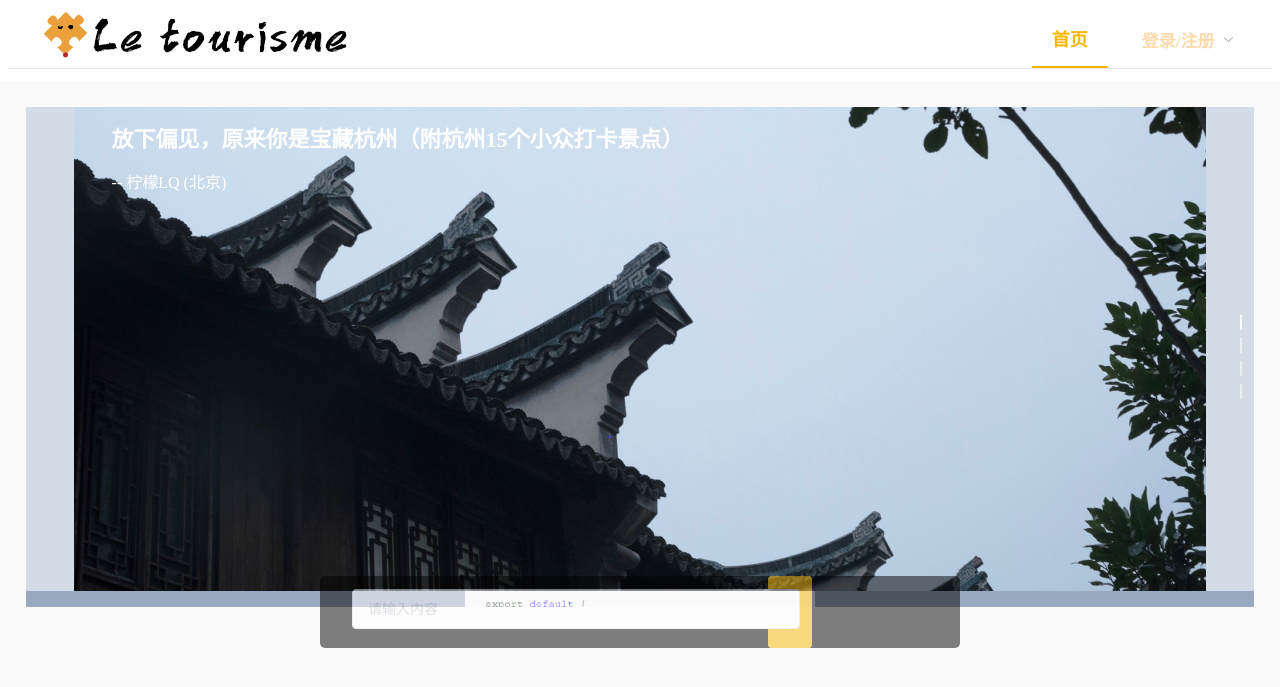
Repository: linxuerou0129/2020.08.31
Page: /
The author's editor kept a copy of each file at every save. The page is drawn from the files as they stood at one save, then again after the next save.
The browser window is 1280 px wide. The pictures show the whole page.
The page's requests for data from a server got no answer. The project was rebuilt for these pictures with package versions that can differ from the ones it lists, and the page was loaded fresh each time. No one was signed in, and anything a server would have sent is missing.

Above is the page before, as saved 2020-09-01 01:19:33.

### src/main.js

import ElementUI from 'element-ui' //新添加
import '../theme/index.css' //新添加，避免后期打包样式不同，要放在import App from './App';之前

import Vue from 'vue'
import App from './App.vue'
import router from './router'

Vue.use(ElementUI)   //新添加

import axios from 'axios'
axios.defaults.withCredentials = true;

Vue.config.productionTip = false

new Vue({
  router,
  render: h => h(App)
}).$mount('#app')

import VDistpicker from 'v-distpicker'
Vue.component('v-distpicker', VDistpicker);

### src/App.vue
<template>
<div id="app">
<el-menu :default-active="$route.path" class="el-menu-demo" mode="horizontal" @select="handleSelect" text-color="#FCDAA9" active-text-color="#f8b600" router>
  <img src="./assets/logo.png" width="55" class="logo">
  <img src="./assets/tittle.png" width="270">
  <el-menu-item index="/" class="head1"><strong>首页</strong></el-menu-item>
  <el-submenu class="head3" v-if="login" index="/Edit">
    <template slot="title">
      <el-avatar :src="circleUrl"></el-avatar>
    </template>
    <el-menu-item index="/Edit">
      我的设置
    </el-menu-item>
    <el-menu-item index="/Publish">
      发布游记
    </el-menu-item>
    <el-menu-item index="/Published">
      个人中心
    </el-menu-item>
    <el-menu-item index="/MyCollect">
      我的收藏
    </el-menu-item>
    <el-menu-item index="/Message">
      消息中心
    </el-menu-item>
    <el-menu-item  @click="logout">
      退出
    </el-menu-item>
  </el-submenu>
  <el-submenu v-if="!login"  class="head4" index=1>
    <template slot="title">
      <strong>登录/注册</strong>
    </template>
    <el-menu-item @click="dialogFormVisible = true">
      注册
    </el-menu-item>
    <el-menu-item @click="loginFormShow = true">
      登录
    </el-menu-item>
  </el-submenu>
</el-menu>
<router-view></router-view>
<el-dialog title="注册" :visible.sync="dialogFormVisible">
  <el-form :model="formZhuce"  ref="formZhuce" status-icon :rules="rules">
    <el-form-item
      prop="email"
      label="邮箱"
      :rules="[
        { required: true, message: '请输入邮箱地址', trigger: 'blur' },
        { type: 'email', message: '请输入正确的邮箱地址', trigger: ['blur', 'change'] }
      ]"
    >
      <el-input v-model="formZhuce.email"></el-input>
      <el-button size="mini" @click="submitEmail" round>获取验证码</el-button>
    </el-form-item>
    <el-form-item label="验证码" prop="check">
      <el-input v-model="formZhuce.check"></el-input>
    </el-form-item>
    <el-form-item label="用户昵称" prop="name">
      <el-input v-model="formZhuce.name"></el-input>
    </el-form-item>
    <el-form-item label="密码" prop="pass">
      <el-input type="password" v-model="formZhuce.pass" autocomplete="off"></el-input>
    </el-form-item>
    <el-form-item label="确认密码" prop="checkPass">
      <el-input type="password" v-model="formZhuce.checkPass" autocomplete="off"></el-input>
    </el-form-item>
    <el-form-item>
      <el-button type="primary" @click="submitForm('formZhuce')">注册</el-button>
      <el-button @click="dialogFormVisible = false">取消</el-button>
    </el-form-item>
  </el-form>
</el-dialog>
<el-dialog title="登录" :visible.sync="loginFormShow">
  <el-form :model="formLogin"  ref="formLogin" status-icon :rules="rules">
    <el-form-item
      prop="email"
      label="邮箱"
      :rules="[
        { required: true, message: '请输入邮箱地址', trigger: 'blur' },
        { type: 'email', message: '请输入正确的邮箱地址', trigger: ['blur', 'change'] }
      ]"
    >
      <el-input v-model="formLogin.email"></el-input>
    </el-form-item>
    <el-form-item label="密码" prop="pass">
      <el-input type="password" v-model="formLogin.pass" autocomplete="off"></el-input>
    </el-form-item>
    <el-form-item>
      <a href="/Forget">忘记密码</a>
    </el-form-item>
    <el-form-item>
      <el-button type="primary" @click="loginIt('formLogin')">登录</el-button>
      <el-button @click="loginFormShow= false">取消</el-button>
    </el-form-item>
  </el-form>
</el-dialog>
</div>
</template>
<style>
    .el-menu--horizontal>.el-submenu .el-submenu__title {
        font-size: 17px;
    }
</style>
<style scoped>
.avatar-uploader {
    border: 1px dashed black;
    border-radius: 6px;
    cursor: pointer;
    position: relative;
    overflow: hidden;
    width: 178px;
    height: 178px;
  }
  .avatar-uploader-icon {
    font-size: 28px;
    color: #8c939d;
    width: 178px;
    height: 178px;
    line-height: 178px;
    text-align: center;
  }
  .avatar {
    width: 178px;
    height: 178px;
    display: block;
  }
.logo{
  position: fixed;
  top: 1%;
  left: 3%;
}
.head1{
  position: relative;
  left: 81%;
  font-size: 18px;
}
.head3{
  position: fixed;
  right:4.5%;
  top: 1.3%;
  font-size: 18px;
}
.head4{
  position: fixed;
  right: 2%;
  top: 1.5%;
  font-size: 18px!important;
}
</style>

<script>
import { Message } from 'element-ui';
import axios from 'axios'
export default {
    data() {
       var validatePass = (rule, value, callback) => {
        if (value === '') {
          callback(new Error('请输入密码'));
        } else {
          if (this.formZhuce.checkPass !== '') {
            this.$refs.formZhuce.validateField('checkPass');
          }
          callback();
        }
      };
      var validatePass2 = (rule, value, callback) => {
        if (value === '') {
          callback(new Error('请再次输入密码'));
        } else if (value !== this.formZhuce.pass) {
          callback(new Error('两次输入密码不一致!'));
        } else {
          callback();
        }
      };
      return {
        circleUrl: "http://106.75.157.168:5657/api/static/touxiang.png",
        activeIndex: '1',
        activeIndex2: '1',
        login:false,
        dialogFormVisible:false,
        loginFormShow:false,
        setFormShow:false,
        formZhuce: {
          email:'',
          pass:'',
          checkPass:'',
          name:'',
          check:''
        },
        formLogin:{
          email:'',
          pass:''
        },
        imageUrl: '',
        rules: {
          pass: [
            { validator: validatePass, trigger: 'blur' }
          ],
          checkPass: [
            { validator: validatePass2, trigger: 'blur' }
          ],
          check:[
            { required: true, message: '请输入验证码', trigger: 'blur'},
            { min: 4, max: 4, message: '长度为4个字符', trigger: 'blur' }
          ],
          name:[
            { required: true, message: '请输入用户昵称', trigger: 'blur' },
            { min: 4, max: 16, message: '长度在 4 到 16 个字符', trigger: 'blur' }
          ],
        }
      };
    },
    methods: {
      handleSelect(key, keyPath) {
        console.log(key, keyPath);
      },
      submitForm(formName) {
        this.$refs[formName].validate((valid) => {
          if (valid) {
              axios.post('http://106.75.157.168:5657/api/register', {
                register_email: this.formZhuce.email,
                register_name:this.formZhuce.name,
                register_password:this.formZhuce.pass,
                register_code:this.formZhuce.check
              })
            .then((response) =>{
              console.log(response.data);
              if(response.data.status=="success"){
                this.dialogFormVisible = false;
                Message.success('注册成功');
              }
              else{
                Message.error(response.data.status)
              }
            })
            .catch(function (error) {
              console.log(error);
            });
          }
          else {
            console.log('error submit!!');
            return false;
          }
        });
      },
      submitEmail(){
        var reg = /^[a-zA-Z0-9]+@[a-z0-9]{2,5}\.[a-z]{2,3}(\.[a-z]{2,3})?$/;
        var result = reg.test(this.formZhuce.email);
        if(this.formZhuce.email==''){
          this.$message({
                    message: '邮箱不可为空',
                    type: 'warning'
                });
        }
        else if(!result){
          this.$message({
                    message: '邮箱输入有误',
                    type: 'warning'
                });
        }
        else{
          axios.post('http://106.75.157.168:5657/api/send_email', {
              email: this.formZhuce.email,
              type:6
            })
          .then((response)=> {
            console.log(response.data);
            Message.success('发送成功，请注意查收')
          })
          .catch(function (error) {
            console.log(error);
          });
        }
      },
      loginIt(formName) {
        this.$refs[formName].validate((valid) => {
          if (valid) {
            axios.post('http://106.75.157.168:5657/api/login_user', {
                login_id: this.formLogin.email,
                login_password:this.formLogin.pass
              })
            .then((response) =>{
              console.log(response.data);
              if(response.data.status=="success"){
                this.loginFormShow=false;
                this.login=true;
                Message.success('登录成功');
                location.href="/";
              }
              else{
                Message.error('登录失败，请重新登录');
              }
            })
            .catch(function (error) {
              console.log(error);
            });
          }
          else {
            console.log('error submit!!');
            return false;
          }
        });
      },
      logout(){
        axios.get('http://106.75.157.168:5657/api/logout_user')
            .then((response)=>{
              console.log(response.data);
              this.login=false;
              location.href="/";
              Message.success('退出成功');
            })
            .catch(function(error){
                console.log(error);
            });
      },
    },
    watch:{
      login:function(val,oldVal){
           if(val==true){
             axios({
              url:'http://106.75.157.168:5657/api/getinfo2',
	            method: 'get'
            })
            .then((response)=>{
                 console.log(response.data);
                this.circleUrl="http://106.75.157.168:5657/api"+response.data.头像;
            })
            .catch(function(error){
                console.log(error);
            });
           }
        }
    },
    mounted(){
      axios({
            url:'http://106.75.157.168:5657/api/getinfo2',
	            method: 'get'
            })
            .then((response)=>{
                 console.log(response.data);
                this.login=true
                this.circleUrl="http://106.75.157.168:5657/api"+response.data.头像;
                console.log("http://106.75.157.168:5657/api"+response.data.头像)
            })
            .catch(function(error){
                console.log(error);
            });
    }
  }
</script>

### src/router/index.js
import Vue from 'vue'
import VueRouter from 'vue-router'
import Home from '../views/Home.vue'

Vue.use(VueRouter)

  const routes = [
  {
    path: '/',
    name: 'Home',
    component: Home
  },
  {
    path: '/Edit',
    name: 'Edit',
    component: () => import(/* webpackChunkName: "about" */ '../views/Edit.vue')
  },
  {
    path: '/Published',
    name: 'Published',
    component: () => import(/* webpackChunkName: "about" */ '../views/Published.vue')
  },
  {
    path: '/MyCollect',
    name: 'MyCollect',
    component: () => import(/* webpackChunkName: "about" */ '../views/MyCollect.vue')
  },
  {
    path: '/Message',
    name: 'Message',
    component: () => import(/* webpackChunkName: "about" */ '../views/Message.vue')
  },
  {
    path: '/Forget',
    name: 'Forget',
    component: () => import(/* webpackChunkName: "about" */ '../views/Forget.vue')
  },
  {
    path: '/Publish',
    name: 'Publish',
    component: () => import(/* webpackChunkName: "about" */ '../views/Publish.vue')
  },
  {
    path: '/Show',
    name: 'Show',
    component: () => import(/* webpackChunkName: "about" */ '../views/Show.vue')
  },
  {
    path: '/Search',
    name: 'Search',
    component: () => import(/* webpackChunkName: "about" */ '../views/Search.vue')
  },
]

const router = new VueRouter({
  mode: 'history',
  base: process.env.BASE_URL,
  routes
})

export default router

### src/views/Home.vue
<template>
  <div class="content">
    <div class="carousel">
      <el-carousel :interval="5000" direction="vertical" height="500px">
      <el-carousel-item>
        <div class="head">
          <strong>放下偏见，原来你是宝藏杭州（附杭州15个小众打卡景点）</strong>
          <p style="font-size: 16px;">-- 柠檬LQ (北京) </p>
        </div>
        <img class="photo" src="../assets/test1.jpg">
      </el-carousel-item>
      <el-carousel-item>
        <img class="photo" src="../assets/1.png">
      </el-carousel-item>
      <el-carousel-item>
      </el-carousel-item>
      <el-carousel-item>
      </el-carousel-item>
    </el-carousel>
    </div>
    <div class="search">
      <el-input
        placeholder="请输入内容"
        v-model="input"
        clearable class="input">
      </el-input>
      <el-button type="primary" size="small" icon="el-icon-search"></el-button>
    </div>
  </div>
</template>

<script>
// @ is an alias to /src
export default {
  data(){
        return{
            input:''
        }
    },
}
</script>

<style scoped>
.input{
  width: 70%;
  left: 5%;
  top: 18%;
}
.search{
  position: fixed;
  height: 10%;
  width: 50%;
  background-color: black;
  z-index: 9999;
  opacity: 50%;
  top: 80%;
  left: 25%;
  border-radius: 5px;
   display: -webkit-flex; /* Safari */
  display: flex;
    flex-direction: row;
}
.photo{
  z-index: 9;
  width: auto;
  height: 100%;
  display: table;
            margin: 0 auto;
}
.head{
  z-index: 999;
    position: absolute;
  color: white;
  font-size: 22px;
  left: 7%;
  top: 6%;
}
.carousel{
  position: relative;
  top: 4%;
  width: 96%;
  left: 2%;
  z-index: 9;
}
.content{
    width: 100%;
   top: 11.3%;

    bottom:0;

    position:fixed;

    overflow-y:scroll;

    overflow-x:hidden;
  right: 0;
  background-color:#FAFAFA;
}
.el-carousel__item h3 {
    color: #475669;
    font-size: 18px;
    opacity: 0.75;
    line-height: 300px;
    margin: 0;
  }
  .el-carousel__item:nth-child(2n) {
    background-color: #99a9bf;
  }

  .el-carousel__item:nth-child(2n+1) {
    background-color: #d3dce6;
  }
</style>

Loaded but not shown: public/index.html (common file); theme/index.css (library)

After the next save:
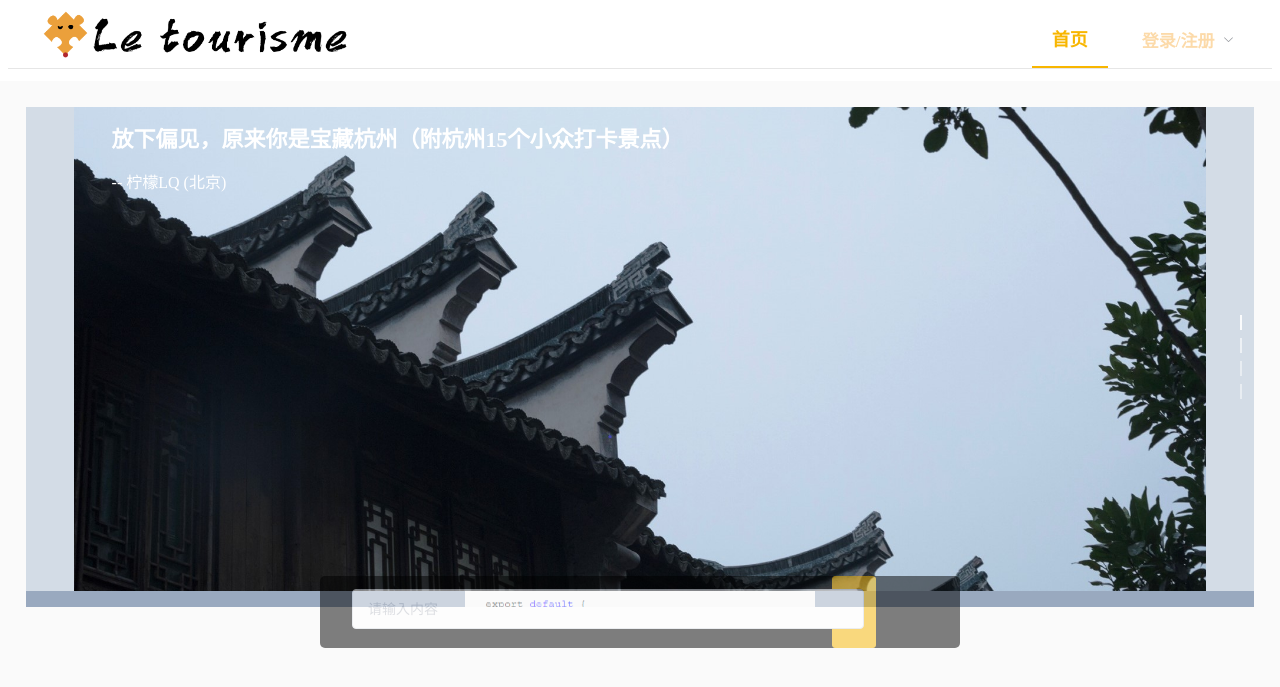
Saved 10 s later.
--- a/src/views/Home.vue
+++ b/src/views/Home.vue
@@ -42,7 +42,7 @@ export default {
 
 <style scoped>
 .input{
-  width: 70%;
+  width: 80%;
   left: 5%;
   top: 18%;
 }
